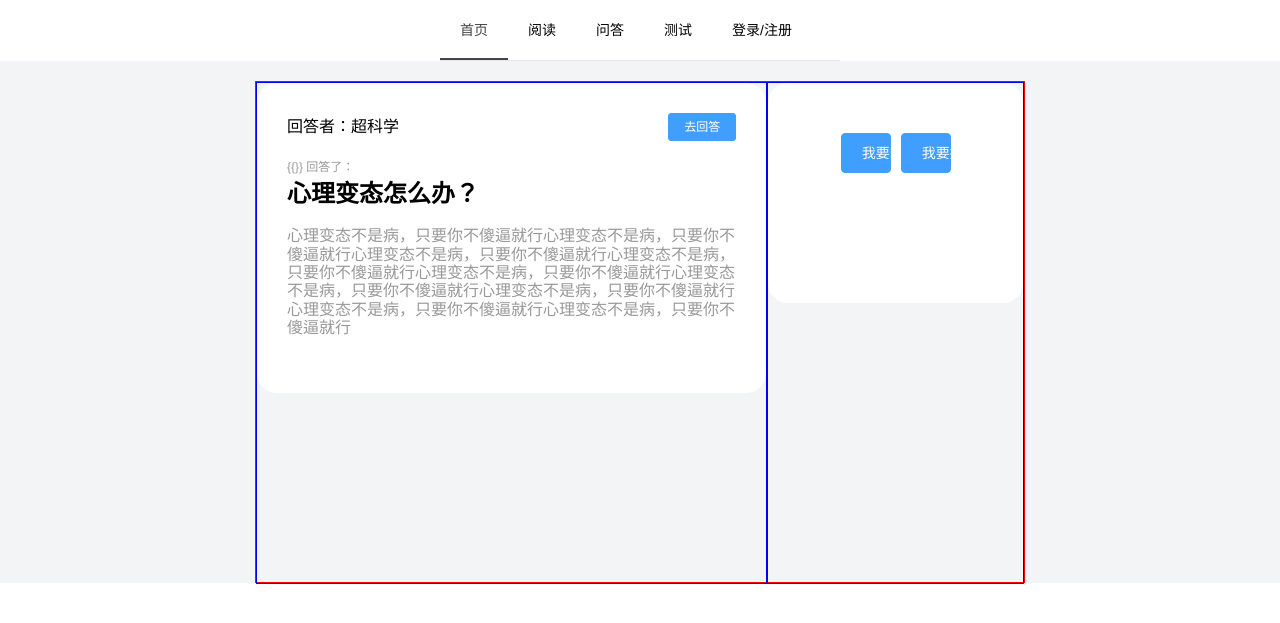
Repository: shengligo/xyx_vue_v1
Page: /qs
An editor plug-in stored every save of this project. The page is shown before and after the next save, followed by the edit.
The browser window is 1280 px wide. The pictures show the whole page.
The project was rebuilt for these pictures with package versions that can differ from the ones it lists, and the page was loaded fresh each time. Also part of the build but not shown: vue.config.js, src/views/home/childComps/Art.vue, src/views/author/authors.vue.

Above is the page before, as saved 2021-09-04 16:21:28.

### public/index.html
<!DOCTYPE html>
<html lang="">
  <head>
    <meta charset="utf-8">
    <meta http-equiv="X-UA-Compatible" content="IE=edge">
    <meta name="viewport" content="width=device-width,initial-scale=1.0">
    <link rel="icon" href="<%= BASE_URL %>favicon.ico">
    <title>project0000001</title>
  </head>
  <body>
    <noscript>
      <strong>We're sorry but <%= htmlWebpackPlugin.options.title %> doesn't work properly without JavaScript enabled. Please enable it to continue.</strong>
    </noscript>
    <div id="app"></div>
    <!-- built files will be auto injected -->
  </body>
</html>

### src/main.js
import Vue from 'vue'
import App from './App.vue'
import router from './router'
import store from './store'
import 'element-ui/lib/theme-chalk/index.css';
import axios from "axios";
axios.defaults.baseURL = "/api"; // http://10.1.2.85:8091/essay
axios.defaults.headers.common["Content-Type"] ="application/json;charset=UTF-8";
axios.defaults.withCredentials = true // 表示跨域请求时是否需要使用凭证
Vue.prototype.$ajax = axios;
import ElementUI from 'element-ui'

Vue.config.productionTip = false
Vue.use(ElementUI)

new Vue({
  router,
  store,
  render: h => h(App)
}).$mount('#app')

### src/App.vue
<template>
  <div id="app">
    <nav-bar ></nav-bar>
    <!-- <carousel></carousel> -->
    <!-- <art></art> -->


    <router-view></router-view>

  </div>
</template>
<script>

import NavBar from './components/common/NavBar'
import Art from '@/views/home/childComps/Art'
// import Carousel from '@/components/common/Carousel'


export default {
  name: "app",
  components:{
    NavBar,
    Art,




  }
};
</script>



<style>
@import url('assets/css/normalize.css');
#app{
  font-family: "Helvetica Neue",Helvetica,"PingFang SC","Hiragino Sans GB","Microsoft YaHei","微软雅黑",Arial,sans-serif;
}



</style>

### src/router/index.js

import Vue from 'vue'
import VueRouter from 'vue-router'
import Auther from '../views/author/authors.vue'

const Home = () => import('../views/home/Home')

const Question = () => import('../views/questions/Question')
const Read = () => import('../views/read/Read')
const Test = () => import('../views/testing/Test')
const Login = () => import('../components/common/login/Login')
const originalPush = VueRouter.prototype.push

VueRouter.prototype.push = function push(location) {
  return originalPush.call(this, location).catch(err => err)
}
// fksdljfkjdsjflsdjlfja
Vue.use(VueRouter)

const routes = [
  {
    path: '/',
    name: 'Home',
    component: Home
  },
  {
    path: '/auther',
    component: Auther
  },
  // {
  //   path: '/home',
  //   name: 'Home',
  //   component: Home
  // },

  {
    path:'/qs',
    name:'Qs',
    component:Question
  },
  {
    path:'/read',
    name:'Read',
    component:Read
  },
  {
    path:'/test',
    name:'Test',
    component:Test
  },
  {
    path:'/login',
    name:'Login',
    component:Login
  }
]

const router = new VueRouter({
  mode: 'history',
  base: process.env.BASE_URL,
  routes
})

export default router

### src/store/index.js
import Vue from 'vue'
import Vuex from 'vuex'

Vue.use(Vuex)

export default new Vuex.Store({
  state: {
    activeIndex:'1',
    baceUrl: 'http://10.1.2.85:8091/'
  },
  mutations: {
    ChangeActive (state,index) {
      // console.log(state,index)
      state.activeIndex = index
    }
  },
  actions: {
  },
  modules: {
  }
})

### src/components/common/NavBar.vue
<template>
  <div>
     <div class="nav">

       <el-menu
          :default-active="$store.state.activeIndex"
          class="el-menu-demo"
          mode="horizontal"
          text-color="#000000"
          active-text-color="#444444"
        >
          <el-menu-item index="1" @click="itemclick">首页</el-menu-item>
          <el-menu-item index="2" @click="itemclick2">阅读</el-menu-item>
          <el-menu-item index="3" @click="itemclick3">问答</el-menu-item>
          <el-menu-item index="4" @click="itemclick4">测试</el-menu-item>
          <el-menu-item index="5" @click="itemclick5">登录/注册</el-menu-item>
        </el-menu>

     </div>

  </div>
</template>

<script>


export default {

  name: "navbar",
  data() {
    return {
    }
  },
  methods:{
    itemclick(){
      console.log('itemclick');
      this.$router.push("/")
    },
    itemclick2(){
      this.$router.push("/read")
    },
    itemclick3(){
      this.$router.push("./qs")
    },
    itemclick4(){
      this.$router.push('./test')
    },
    itemclick5(){
      this.$router.push('/login')
    }

  },

};
</script>

<style scoped>
.nav{

  margin: 0 auto;
  /* background-color: rgba(217, 221, 221, 0.918);
   */
   /* background-color: #5880A9; */
  padding: 0;


}
.nav>.el-menu{
  width: 400px;
  margin: 0 auto;
  /* background-color: rgba(217, 221, 221, 0.918); */
}

</style>

### src/views/questions/Question.vue
<template>
  <div id="question">
    <div class="bodyCenter">
      <div class="bodyright">
        <div v-for="(item,index) in results" :key="index" class="rightbox">

          <div>
            <div class="answerer">
              <span>回答者：{{item.answerer}}</span>
              <el-button type="primary" size="mini">去回答</el-button>
            </div>
            <div class="time">{{}} 回答了：</div>
            <h2 class="title">{{item.title}}</h2>
            <div class="answerContent">{{item.answerContent}}</div>
          </div>
        </div>
      </div>
      <div class="bodyleft">
        <div class="leftbox">
          <div class="leftboxbutton">
            <el-button type="primary" >我要回答</el-button>
            <el-button type="primary" >我要提问</el-button>
          </div>


        </div>
      </div>
    </div>
  </div>
</template>

<script>
export default {
  name: "question",
  data() {
    return {
      results: [
        {
          title: "心理变态怎么办？",
          quizzer: "花开富贵",
          quizContent: "心理超级变态是不是没救了",
          quizType: null,
          status: null,
          label: null,
          answerer: "超科学",
          answerContent:
            "心理变态不是病，只要你不傻逼就行心理变态不是病，只要你不傻逼就行心理变态不是病，只要你不傻逼就行心理变态不是病，只要你不傻逼就行心理变态不是病，只要你不傻逼就行心理变态不是病，只要你不傻逼就行心理变态不是病，只要你不傻逼就行心理变态不是病，只要你不傻逼就行心理变态不是病，只要你不傻逼就行",
          likePoint: 0
        }
      ]
    };
  }
};
</script>

<style scoped>
#question {
  width: 100%;
  height: 100%;
  padding-top: 20px;
  background-color: rgb(243, 244, 245);
}
.bodyCenter {
  width: 60%;
  height: 500px;
  margin: 0 auto;
  display: flex;
  border: 1px solid red;
}
.bodyright {
  border: 1px solid blue;
  /* width: 40%; */
  flex: 2;
  height: 500px;
}
.bodyleft {
  border: 1px solid blue;
  /* width: 20%; */
  flex: 1;
  height: 500px;
}
.rightbox {
  height: 250px;
  width: calc(100% - 60px);
  padding: 30px;
  border-radius: 20px;
  background-color: #fff;
}
.answerer {
  display: flex;
  justify-content: space-between;
  line-height: 28px;
}
.time {
  margin-top: 20px;
  font-size: 12px;
  color: #999;
}
.title {
  margin-top: 5px;
}
.answerContent {
  color: #999;
}
.leftbox {
  padding: 50px 30px;
  height: 120px;
  border-radius: 20px;
  background-color: #fff;
}
.leftboxbutton {
  text-align: center;
}
.leftboxbutton button{
  width: 50px;
}
</style>

Loaded but not shown: src/assets/css/normalize.css (library)

After the next save:
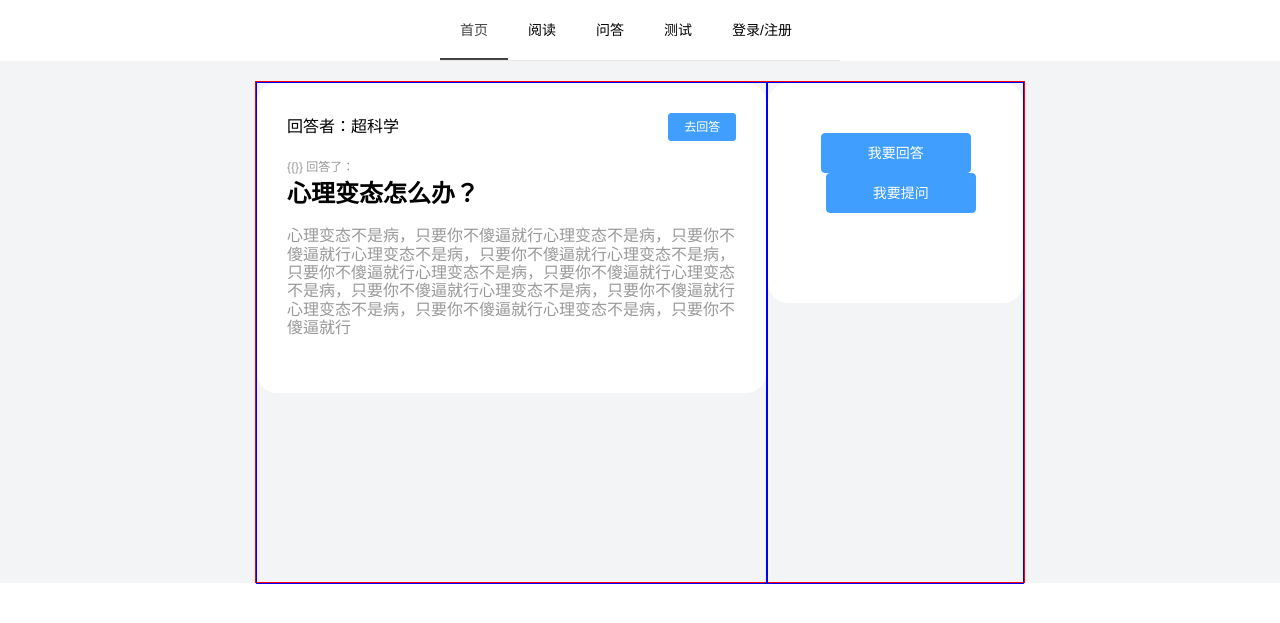
Saved 6 s later.
--- a/src/views/questions/Question.vue
+++ b/src/views/questions/Question.vue
@@ -112,6 +112,6 @@ export default {
   text-align: center;
 }
 .leftboxbutton button{
-  width: 50px;
+  width: 150px;
 }
 </style>
